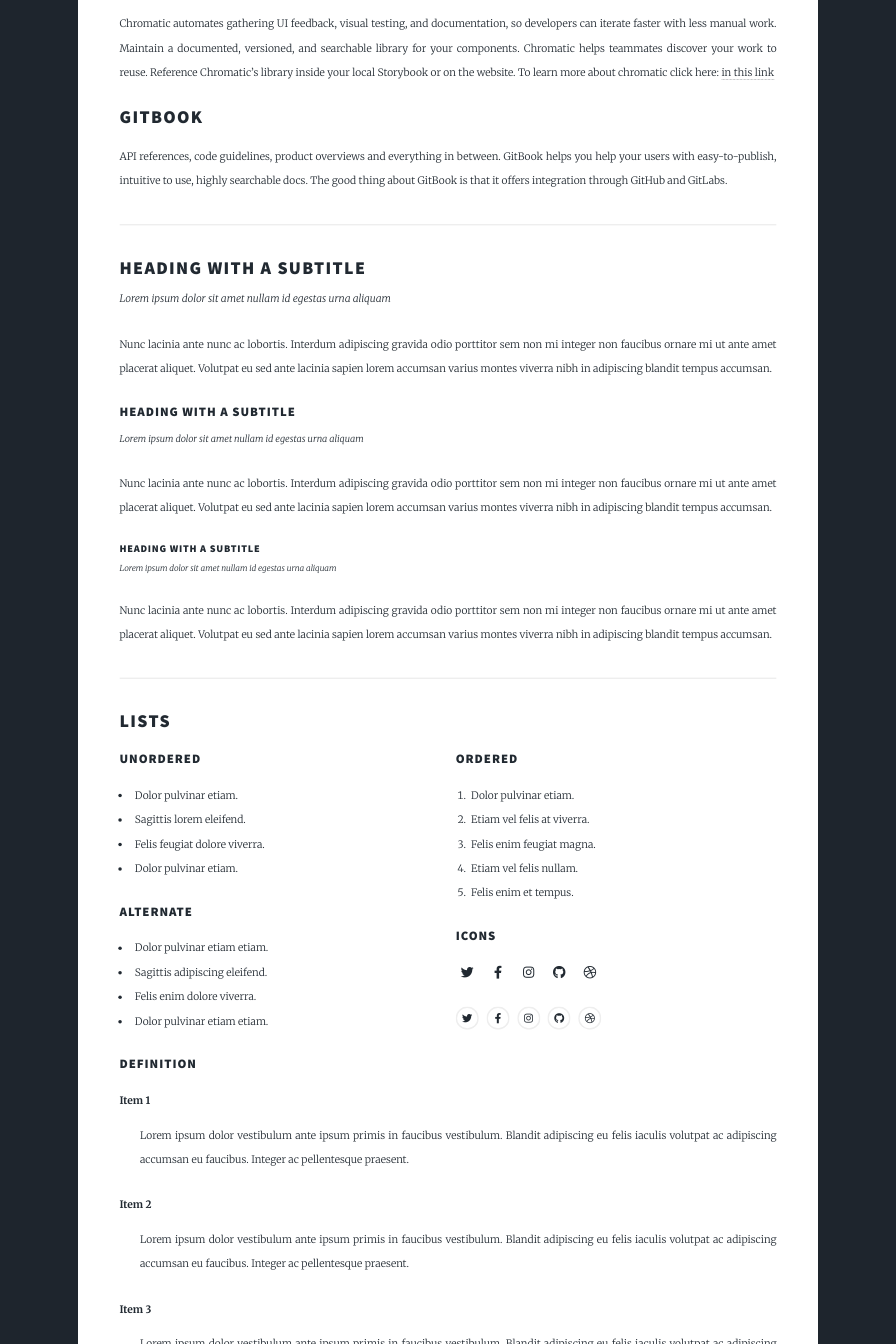
Repository: enlilsudo/Orlando-Portfolio
Page: elements.html
These files come from the project's save history. The page is drawn as it stood at one moment and after the next save; the edit follows.
The browser window is 1280 px wide. The pictures show the part of the page from y = 1390 to 3310 px (the page is 10180 px tall before and 10215 px after), at 70% of full size.

Above is the page before, as saved 2023-02-19 14:06:10.

After the next save:
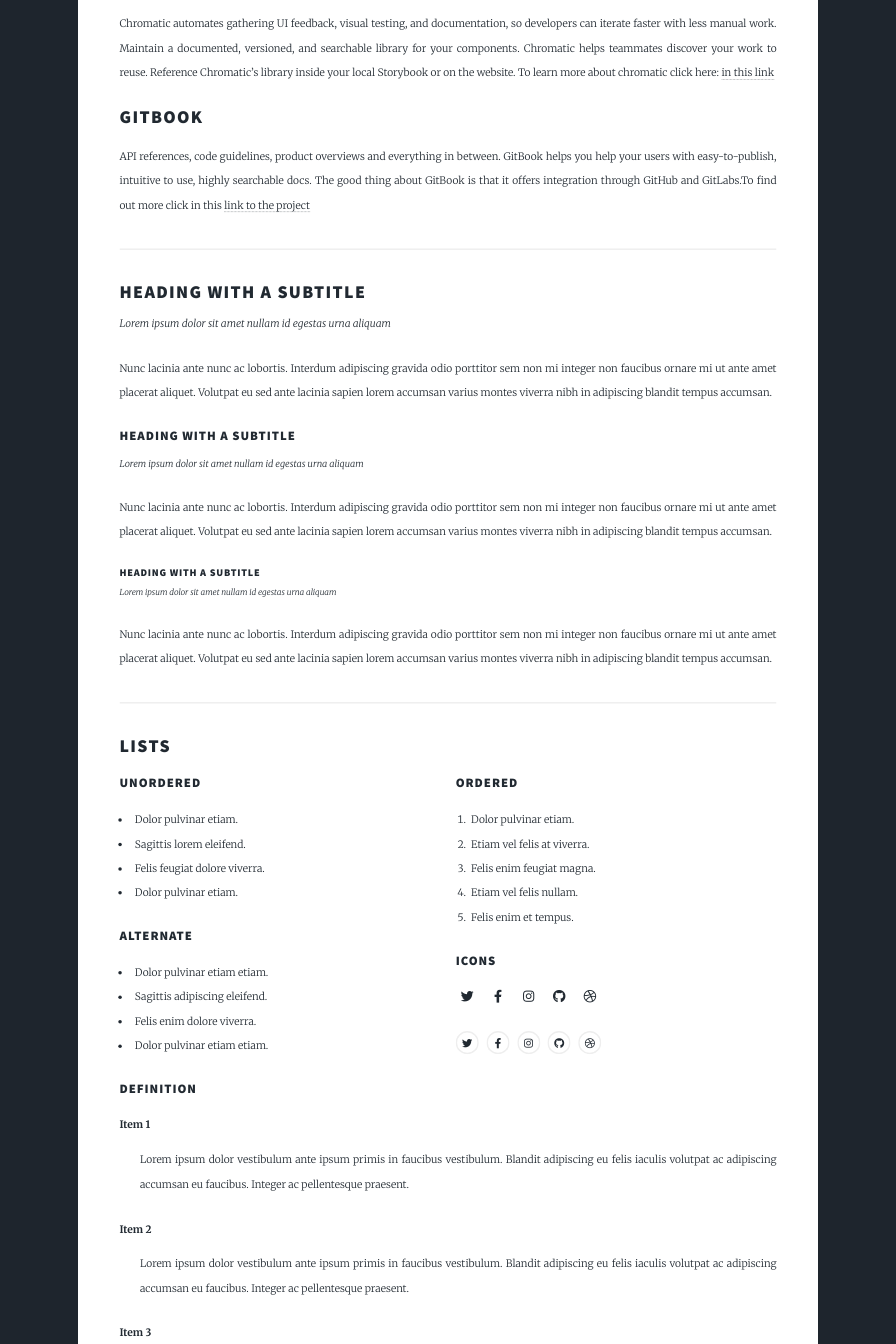
Saved 3 min 38 s later.
--- a/elements.html
+++ b/elements.html
@@ -75,7 +75,7 @@
 									<h2>GitBook</h2>
 									<p>API references, code guidelines, product overviews and everything in between.
 										GitBook helps you help your users with easy-to-publish, intuitive to use, highly searchable docs.
-										The good thing about GitBook is that it offers integration through GitHub and GitLabs.</p>
+										The good thing about GitBook is that it offers integration through GitHub and GitLabs.To find out more click in this <a href="https://www.gitbook.com/">link to the project</a></p>
 									<hr />
 									<header>
 										<h2>Heading with a Subtitle</h2>
